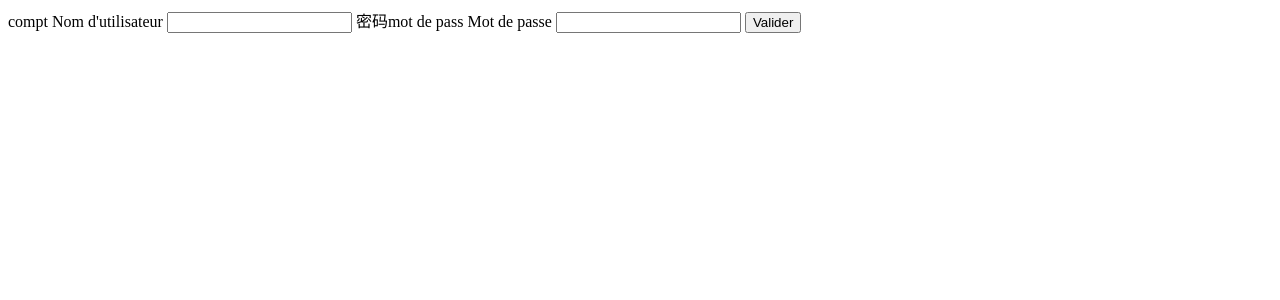
Repository: clairedupuich/serv_drone
Page: http://localhost/test.php
These files come from the project's save history. The page is drawn as it stood at one moment and after the next save; the edit follows.
The browser window is 1280 px wide. The pictures show the whole page.
The page is run by PHP 8.4 with error messages shown; the project is at /var/www/html/.

Above is the page before, as saved 2021-06-01 19:04:18.

After the next save:
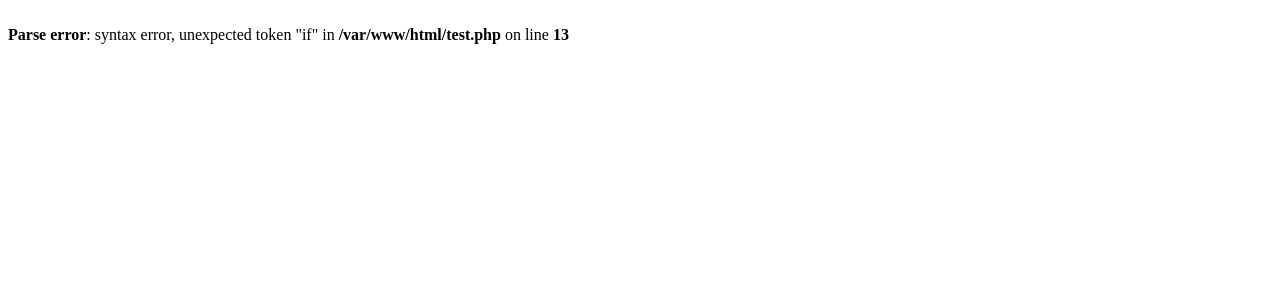
Saved 45 s later.
--- a/test.php
+++ b/test.php
@@ -10,12 +10,16 @@
     <?php
     require_once("pdo.php")
 
+    if(isset($_POST["username"])) {
+        echo "bonjour";
+    }
+
     ?>
         <form action="#" method="POST">
 
                 compt
                 <label for="pseudo">Nom d'utilisateur</label>
-                <input type="text" id ="pseudo" name="userName">
+                <input type="text" id ="pseudo" name="username">
 
 
 
